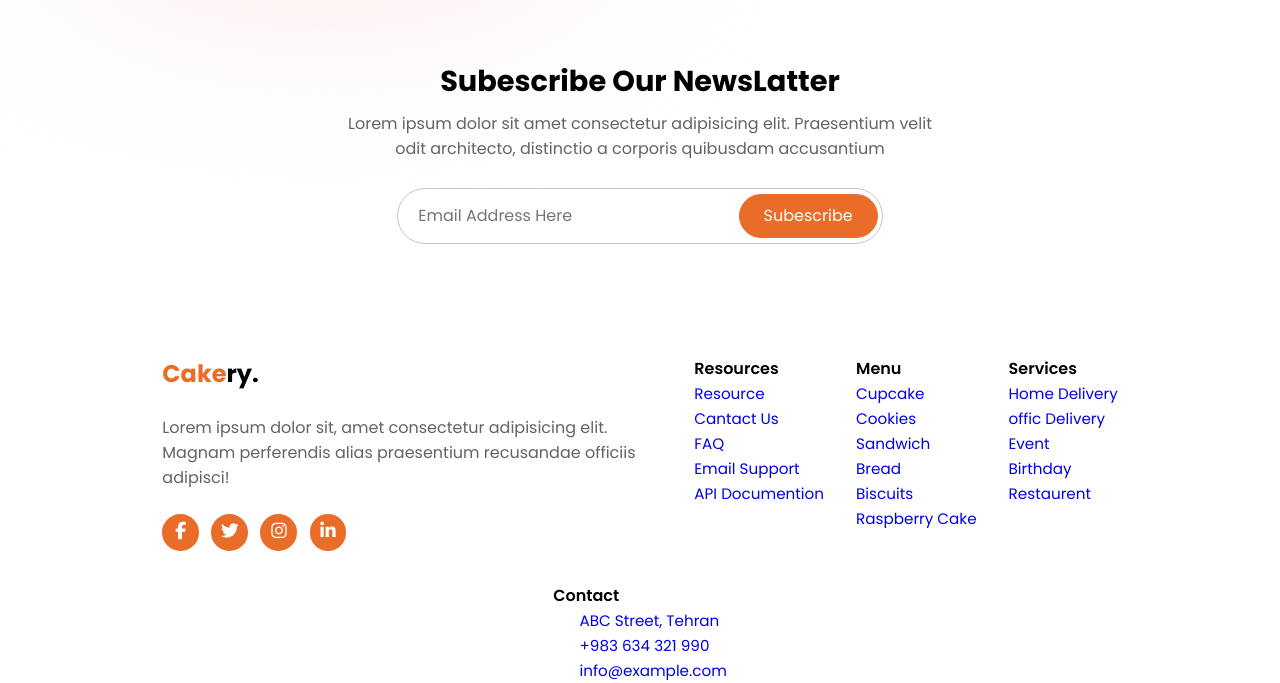
Repository: kingamirhosein100000-maker/cake.shop
Page: index.html
These files come from the project's save history. The page is drawn as it stood at one moment and after a run of saves; the edit follows.
The browser window is 1280 px wide. The pictures show the part of the page from y = 4552 to 5235 px (the page is 5235 px tall).
A picture or video elsewhere on the page could not be fetched, so the positions and the page height are approximate. Some web libraries are served in a nearby version.

Above is the page before, as saved 2026-01-29 18:00:52.

### index.html
<!DOCTYPE html>
<html lang="en">

<head>
    <meta charset="UTF-8">
    <meta name="viewport" content="width=device-width, initial-scale=1.0">
    <title>Bakery Website</title>
    <link rel="stylesheet" href="style.css">
    <link rel="stylesheet" href="https://cdnjs.cloudflare.com/ajax/libs/font-awesome/7.0.1/css/all.min.css" integrity="sha512-2SwdPD6INVrV/lHTZbO2nodKhrnDdJK9/kg2XD1r9uGqPo1cUbujc+IYdlYdEErWNu69gVcYgdxlmVmzTWnetw==" crossorigin="anonymous" referrerpolicy="no-referrer"
    />
</head>

<body>
    <!-- Header Part -->
    <header>
        <nav class="navbar container">
            <div class="logo">
                <a class="logo-txt" href="#">
                        Cake<span>ry.</span>
                    </a>

            </div>
            <ul class="navlist">
                <li>
                    <a href="#" class="navlinks active">
                            Home
                        </a>
                </li>
                <li>
                    <a href="#" class="navlinks">
                            About
                        </a>
                </li>
                <li>
                    <a href="#" class="navlinks">
                            Menu
                        </a>
                </li>
                <li>
                    <a href="#" class="navlinks">
                            Restaurent
                        </a>
                </li>
                <li>
                    <a href="#" class="navlinks">
                            Order
                        </a>
                </li>
                <li>
                    <a href="#" class="navlinks">
                            Contact
                        </a>
                </li>

            </ul>
            <div class="nav-icons">
                <a href="#" class="icons-link">
                    <i class="fa-solid  fa-user"></i>
                </a>
                <a href="#" class="icons-link">
                    <i class="fa-solid fa-shopping-cart"></i>

                </a>
            </div>
            <div class="hamburger">
                <div class="burger"></div>
                <div class="burger"></div>
                <div class="burger"></div>
            </div>
        </nav>
    </header>
    <!-- Section Parts -->
    <main>

        <!-- /* hero-section */ -->

        <section class="hero-section container">
            <div class="content">
                <div class="whatch">
                    <a href="#" class="icons-link">
                        <i class="fa-solid fa-play"></i>
                    </a>
                    <h3>Watch Video</h3>
                </div>
                <h1>The Perfect Baked Cake Everyday!</h1>
                <p>Lorem ipsum dolor sit, amet consectetur adipisicing elit. Facere laborum quaerat beatae molestiae explicabo asperiores, fugit harum quibusdam sit nesciunt illo.</p>
                <div class="btn-continer">
                    <button>Read More</button>
                    <button data-type="borderd-btn">Order Now</button>
                </div>
            </div>
            <div class="img-conteiner">
                <img src="img/cake.png" alt="عکس کیک ">
            </div>
        </section>
        <!-- Store section -->
        <section class="other-section container">
            <div class="column-canteiner">
                <h2>Welcome To Our Store</h2>
                <p data-type="centerd-txt">Lorem ipsum dolor sit amet consectetur adipisicing elit. Necessitatibus sit earum porro at! Officia, repellat. Modi, tempore minima.</p>
                <div class="card-conteiner">
                    <div class="card" data-type="category">
                        <img src="img/pastery.png">
                        <h3>Cake</h3>
                    </div>
                    <div class="card" data-type="category">
                        <img src="img/sandwich.png">
                        <h3>Sandwich</h3>
                    </div>
                    <div class="card" data-type="category">
                        <img src="img/cookie.png">
                        <h3>Cookie</h3>
                    </div>
                    <div class="card" data-type="category">
                        <img src="img/bread.png">
                        <h3>Bread</h3>
                    </div>
                </div>
            </div>
            </div>
        </section>
        <!-- About section -->
        <section class="other-section container">
            <div class="row-container">
                <div class="image-container">
                    <img src="img/cupcake.jpg">
                </div>


                <div class="content">
                    <h2>About<br> Cakery Bakery</h2>
                    <p>Lorem ipsum dolor sit amet, consectetur adipisicing elit. Laboriosam, necessitatibus nisi nemo, libero molestiae quas quibusdam incidunt voluptate adipisci consequatur ducimus autem</p>
                    <p>Lorem ipsum dolor sit amet consectetur adipisicing elit. Amet quidem rerum maiores quae saepe</p>
                    <button>Read More</button>
                </div>
            </div>
        </section>
        <!-- Featured Food -->

        <section class="other-section container">
            <div class="column-canteiner">
                <h2>Our Featured</h2>
                <p data-type="centerd-txt">Lorem ipsum dolor sit amet consectetur adipisicing elit. Praesentium velit odit architecto, distinctio a corporis quibusdam accusantium tempora </p>



                <div class="card-conteiner">
                    <div class="card" data-type="item">
                        <div class="image-part">
                            <img src="img/birthday cake.jpg">
                        </div>
                        <div class="detail">
                            <h4>$10.00</h4>
                            <h4>Birthday cake</h4>
                        </div>
                    </div>
                    <div class="card" data-type="item">
                        <div class="image-part">
                            <img src="img/muffins.jpg">
                        </div>
                        <div class="detail">
                            <h4>$17.00</h4>
                            <h4>muffins</h4>
                        </div>
                    </div>
                    <div class="card" data-type="item">
                        <div class="image-part">
                            <img src="img/waffles.jpg">
                        </div>
                        <div class="detail">
                            <h4>$19.00</h4>
                            <h4>waffles</h4>
                        </div>
                    </div>
                    <div class="card" data-type="item">
                        <div class="image-part">
                            <img src="img/pancake.jpg">
                        </div>
                        <div class="detail">
                            <h4>$25.00</h4>
                            <h4>pancake</h4>
                        </div>
                    </div>

                </div>



                <div class="card-conteiner">
                    <div class="card" data-type="item">
                        <div class="image-part">
                            <img src="img/piece cake.jpg">
                        </div>
                        <div class="detail">
                            <h4>$18.00</h4>
                            <h4> detail</h4>
                        </div>
                    </div>
                    <div class="card" data-type="item">
                        <div class="image-part">

                            <img src="img/cookies.jpg">
                        </div>
                        <div class="detail">
                            <h4>$16.00</h4>
                            <h4>cookies</h4>
                        </div>
                    </div>
                    <div class="card" data-type="item">
                        <div class="image-part">
                            <img src="img/raspberry cake.jpg">
                        </div>
                        <div class="detail">
                            <h4>$67.00</h4>
                            <h4>raspberry cake</h4>
                        </div>
                    </div>
                    <div class="card" data-type="item">
                        <div class="image-part">
                            <img src="img/donut.jpg">
                        </div>
                        <div class="detail">
                            <h4>$90.00</h4>
                            <h4>donut</h4>
                        </div>
                    </div>
                </div>
            </div>
        </section>
        <!-- App section -->
        <section class="other-section container">
            <div class="row-container">
                <div class="content">
                    <h2>App Is Soon <br> On App Store</h2>
                    <p>Lorem ipsum dolor sit, amet consectetur adipisicing elit. Consequuntur omnis sequi in fugiat iusto laborum, delectus magnam eum! Aspernatur quaerat ex excepturi.</p>
                    <div class="app-img">
                        <img src="img/app store.png" alt="App Store">
                        <img class="qqqq" src="img/play store.png" alt="Google Play">
                    </div>


                </div>
                <div class="img-conteiner">
                    <img src="img/bakery app.png">
                </div>
            </div>
        </section>
        <!-- Best Food section -->
        <section class="other-seimction container">
            <div class="row-container">
                <div class="img-conteiner">
                    <img src="img/creamy pancake.png">
                </div>
                <div class="content">
                    <h2>Best Sell <br> In This Week!</h2>
                    <div class="rating">
                        <h4>$15.00</h4>
                        <img src="img/five star ok.png">
                    </div>
                    <p>Lorem ipsum dolor sit, amet consectetur adipisicing elit. Commodi, libero soluta! Quia nostrum unde corrupti ratione quibusdam dolores sed, voluptatum aliquid possimus!</p>
                    <p>Lorem ipsum dolor sit amet, consectetur adipisicing elit. Voluptate cum mollitia culpa ullam numquam.</p>
                    <button>Buy Now</button>


                </div>
            </div>
        </section>
        <!-- NewsLatter section -->
        <section class="other-section container">
            <div class="column-canteiner">
                <h2>Subescribe Our NewsLatter</h2>
                <p data-type="centerd-txt">Lorem ipsum dolor sit amet consectetur adipisicing elit. Praesentium velit odit architecto, distinctio a corporis quibusdam accusantium</p>

                <form class="form-canteiner">
                    <input type="email" name="email" id="email" autocomplete="off" placeholder="Email Address Here">
                    <input type="submit" value="Subescribe" class="form-btn">
                </form>
            </div>
        </section>
    </main>
    <!-- Footer Parts -->
    <footer>
<div class="column-canteiner container">
    <div class="card-conteiner">

    <div class="column">
        <div class="logo">
                            <a class="logo-txt" href="#">
                        Cake<span>ry.</span>
                    </a>
        </div>

        <p>Lorem ipsum dolor sit, amet consectetur adipisicing elit. Magnam perferendis alias praesentium recusandae officiis adipisci!</p>
        <div class="icons">
            <a href="#" class="icons-link">
                <i class="fa-brands fa-facebook-f"></i>
            </a>
            <a href="#" class="icons-link">
                <i class="fa-brands fa-twitter"></i>
            </a>
            <a href="#" class="icons-link">
                <i class="fa-brands fa-instagram"></i>
            </a>
            <a href="#" class="icons-link">
                <i class="fa-brands fa-linkedin-in"></i>
            </a>
        </div>
    </div>
    <div class="column">
<h4>Resources</h4>
<ul class="footer-list">
    <li>
        <a href="#" class="footer-links">Resource</a>
    </li>
    <li>
        <a href="#" class="footer-links">Cantact Us</a>
    </li>
    <li>
        <a href="#" class="footer-links">FAQ</a>
    </li>
    <li>
        <a href="#" class="footer-links">Email Support</a>
    </li>
    <li>
        <a href="#" class="footer-links">API Documention</a>
    </li>
</ul>
    </div>
    <div class="column">
        <h4>Menu</h4>
        <ul class="footer-list">
    <li>
        <a href="#" class="footer-links">Cupcake</a>
    </li>
    <li>
        <a href="#" class="footer-links">Cookies</a>
    </li>
    <li>
        <a href="#" class="footer-links">Sandwich</a>
    </li>
    <li>
        <a href="#" class="footer-links">Bread</a>
    </li>
    <li>
        <a href="#" class="footer-links">Biscuits</a>
    </li>
    <li>
        <a href="#" class="footer-links">Raspberry Cake</a>
    </li>
</ul>
    </div>
    <div class="column">
        <h4>Services</h4>
<ul class="footer-list">
    <li>
        <a href="#" class="footer-links">Home Delivery</a>
    </li>
    <li>
        <a href="#" class="footer-links">offic Delivery</a>
    </li>
    <li>
        <a href="#" class="footer-links">Event</a>
    </li>
    <li>
        <a href="#" class="footer-links">Birthday</a>
    </li>
    <li>
        <a href="#" class="footer-links">Restaurent</a>
    </li>
</ul>
    </div>
    <div class="column">
        <h4>Contact</h4>
        <ul class="footer-list">
    <li>
        <i class="fa-solid fa-location-dot"></i>
        <a href="#" class="footer-links">ABC Street, Tehran</a>
    </li>
    <li>
<i class="fa-solid fa-phone"></i>
        <a href="#" class="footer-links">+983 634 321 990</a>
    </li>
    <li>
        <i class="fa-solid fa-envelope"></i>
        <a href="#" class="footer-links">info@example.com</a>
    </li>

</ul>
    </div>
    </div>
</div>

    </footer>
    <script src=" main.js "></script>
</body>

</html>

### style.css
                    @import url('https://fonts.googleapis.com/css2?family=Open+Sans:ital,wght@0,300..800;1,300..800&family=Poppins:ital,wght@0,100;0,200;0,300;0,400;0,500;0,600;0,700;0,800;0,900;1,100;1,200;1,300;1,400;1,500;1,600;1,700;1,800;1,900&family=Roboto:ital,wght@0,100..900;1,100..900&display=swap');
                    * {
                        margin: 0;
                        padding: 0;
                        box-sizing: border-box;
                        font-family: "Poppins", sans-serif;
                    }

                     :root {
                        --orange-clr: #E96C28;
                        --white-clr: #FFF;
                        --black-clr: #000;
                        --gray-clr: #636363;
                        --light-clr: #C4C4C4;
                        --dawn-pink: #FAE7E5;
                        --frosted-mint: #DCFEF9;
                    }
                    /* Header Parts */

                    .logo-txt {
                        font-size: 1.5rem;
                        color: var(--orange-clr);
                        font-weight: bold;
                    }

                    a {
                        text-decoration: none;
                    }

                    span {
                        color: var(--black-clr);
                    }

                    .navlist {
                        display: flex;
                        align-items: center;
                        gap: 2rem;
                    }

                    li {
                        list-style: none;
                    }

                    .navlinks {
                        color: var(--black-clr);
                        font-weight: 500;
                    }

                    .active,
                    .navlinks:hover {
                        color: var(--orange-clr);
                        transition: 0.4s;
                    }



                    .icons-link {
                        background: var(--orange-clr);
                        width: 2.3rem;
                        aspect-ratio: 1;
                        border-radius: 50%;
                        margin-right: .5rem;
                        display: inline-block;
                        text-align: center;
                        line-height: 2.3rem;
                        transition: .3s ease-in-out;
                    }

                    .icons-link:hover {
                        transform: translateY(-10%);
                    }

                    .fa-solid,.fa-brands {
                        font-size: 1.1rem;
                        color: var(--white-clr);
                    }

                    header {
                        height: 13vh;

                    }

                    .navbar {
                        display: flex;
                        justify-content: space-between;
                        align-items: center;
                        height: 100%;

                    }

                    .container {
                        width: 80%;
                        margin: auto;
                    }

                    .hamburger {
                        cursor: pointer;
                        display: none;
                    }

                    .burger {
                        background: var(--black-clr);
                        width: 2.3rem;
                        height: .25rem;
                        margin: .3rem;
                        border-radius: 2rem;
                    }
                    /* Section Parts */
                    /* hero-section */

                    .hero-section {
                        height: calc(100vh - 13vh);
                        display: flex;
                        justify-content: space-between;
                        align-items: center;
                    }

                    .content {
                        flex: 1;
                    }

                    .img-conteiner {
                        flex: 1;
                        position: relative;
                    }

                    .img-conteiner::before {
                        content: '';
                        position: absolute;
                        top: 50%;
                        right: 0;
                        background: var(--dawn-pink);
                        width: 35rem;
                        height: 30vh;
                        border-radius: 50%;
                        z-index: -1;
                        filter: blur(100px);
                    }

                    img {
                        max-width: 100%;
                        height: auto;
                    }

                    h1 {
                        font-size: 3.5rem;
                        line-height: 4rem;
                        margin-top: 1rem;
                    }

                    .whatch {
                        display: flex;
                        align-items: center;
                        gap: .5rem;
                    }

                    p {
                        color: var(--gray-clr);
                        margin-block: 1.5rem;
                        max-width: 500px;
                    }

                    .btn-continer {
                        display: flex;
                        gap: 1.5rem;
                    }

                    button,
                    .form-btn {
                        background: var(--orange-clr);
                        color: var(--white-clr);
                        border: .1rem solid var(--orange-clr);
                        padding: .55rem 1.5rem;
                        border-radius: 5rem;
                        font-size: 1rem;
                    }

                    [data-type='borderd-btn'] {
                        background: transparent;
                        color: var(--orange-clr);
                    }
                    /* <!-- Store section --> */

                    .other-section {
                        padding-block: 5rem;
                    }

                    .row-conteiner {
                        display: flex;
                        flex-direction: row;
                        justify-content: center;
                        align-items: center;
                        gap: 5rem;
                    }

                    .column-canteiner {
                        display: flex;
                        flex-direction: column;
                        justify-content: center;
                        align-items: center;
                    }

                    h2 {
                        font-size: 1.8rem;
                    }

                    [ data-type="centerd-txt"] {
                        text-align: center;
                        max-width: 600px;
                        margin-block: .5em;
                    }

                    .card-conteiner {
                        display: flex;
                        justify-content: center;
                        flex-wrap: wrap;
                        gap: 2rem;
                        margin-top: 2rem;
                    }

                    .card {
                        width: 15rem;
                        text-align: center;
                        border-radius: 1rem;
                        box-shadow: rgba(0, 0, 0, 0.16) 0px 1px 4px;
                        transition: .2s ease-in-out;
                    }

                    .card:hover {
                        box-shadow: rgba(50, 50, 93, 0.25) 0px 13px 27px -5px, rgba(0, 0, 0, .3) 0px 8px 16px -8px;
                    }

                    .row-container {
                        display: flex;
                        flex-direction: row;
                        justify-content: space-between;
                        align-items: center;
                        gap: 4.5rem;
                    }
                    /* <!-- Featured Food --> */

                    h4 {
                        font-weight: 600;
                    }

                    [ data-type="category"] {
                        padding-block: 2.5rem;
                    }

                    [data-type="item"] {
                        padding-bottom: 1.5rem;
                        overflow: hidden;
                    }

                    .image-part img {
                        width: 100%;
                        height: 100%;
                        object-fit: cover;
                    }

                    .detail {
                        margin-top: 1rem;
                    }
                    /* <!-- App section --> */

                    .app-img {
                        display: flex;
                        gap: 1rem;
                        width: 100%;
                        height: 4rem;
                    }

                    .app-img img {
                        width: 180px;
                        /* هم‌سایز */
                        height: 55px;
                        object-fit: contain;
                        border-radius: 12px;
                        /* گوشه‌های گرد */
                        background: #000;
                        /* برای PNG شفاف */
                        padding: 6px 10px;
                        transition: all 0.3s ease;
                    }
                    /* افکت هاور */

                    .app-img img:hover {
                        transform: translateY(-3px);
                        box-shadow: 0 10px 25px rgba(0, 0, 0, 0.25);
                        cursor: pointer;
                    }
                    /* <!-- Best Food section --> */

                    .rating img {
                        width: 6rem;
                    }

                    .rating h4 {
                        color: var(--orange-clr);
                        font-size: 1.3rem;
                    }

                    .rating {
                        display: flex;
                        align-items: center;
                        gap: 2rem;
                        margin-top: 1rem;
                    }
                    /* <!-- NewsLatter section --> */

                    .form-canteiner {
                        margin-top: 1.2rem;
                        border: .02rem solid var(--light-clr);
                        height: 3.5rem;
                        border-radius: 5rem;
                        padding: .25rem;
                    }

                    input[type="email"] {
                        height: 100%;
                        border-radius: 5rem 0 0 5rem;
                        border: none;
                        font-size: 1rem;
                        padding-left: 1rem;
                    }

                    input:focus {
                        outline: none;
                    }
                    /* footer section */
                    .footer-links{
                        font-size: .95rem;
                        color: -;
                    }

Loaded but not shown: main.js (13 lines, source omitted)

After the next 2 saves:
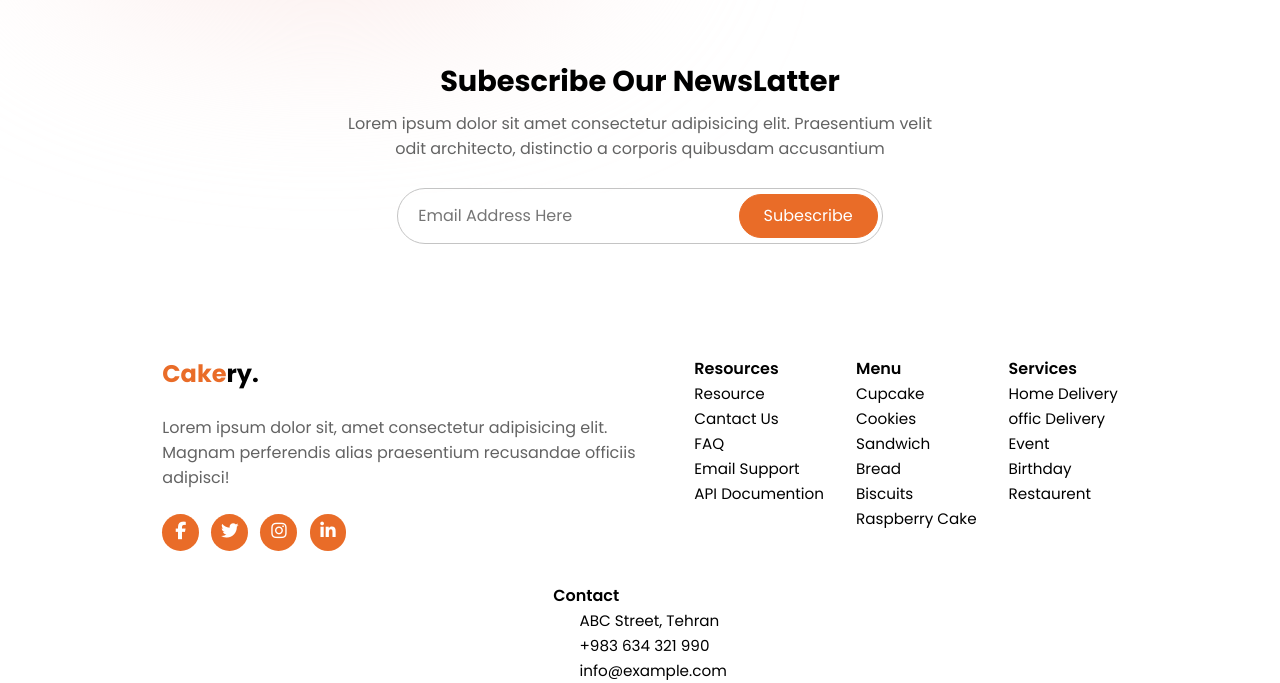
The 2 saves are shown as one change because they came seconds apart.
The last was saved 7 s later.
--- a/style.css
+++ b/style.css
@@ -330,5 +330,5 @@
                     /* footer section */
                     .footer-links{
                         font-size: .95rem;
-                        color: -;
-                    }
+                        color: var(--black-clr-);
+                    }
